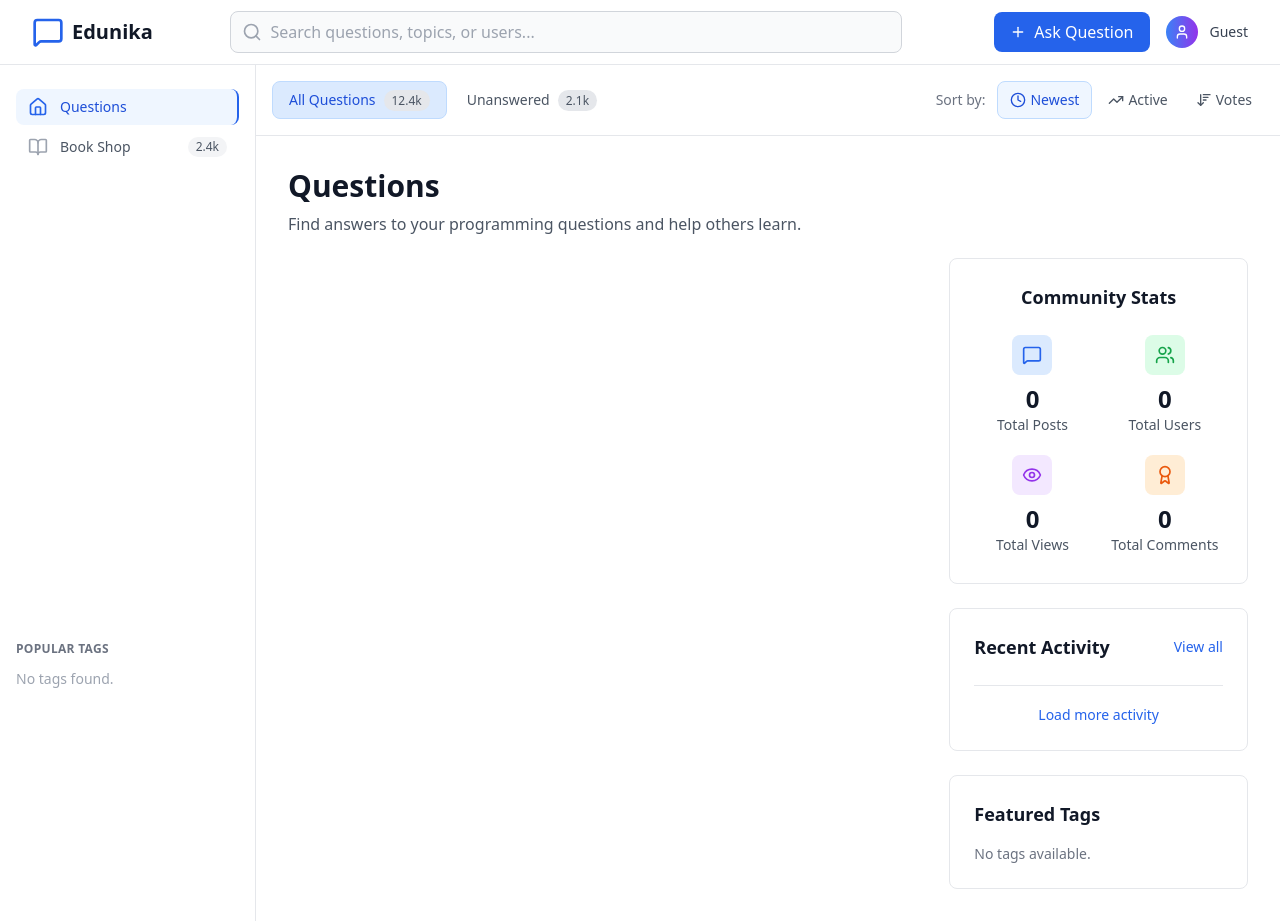
Repository: Ruddro420/forum-front-end
Page: /
These files come from the project's save history. The page is drawn as it stood at one moment and after the next save; the edit follows.
The browser window is 1280 px wide. The pictures show the whole page.
The page's requests for data from a server got no answer. The project was rebuilt for these pictures with package versions that can differ from the ones it lists, and the page was loaded fresh each time. No one was signed in, and anything a server would have sent is missing. Also part of the build but not shown: vite.config.js, src/Pages/Home.jsx, src/components/Question/QuestionCard.jsx, src/components/Question/AddQuestionSidebar.jsx, src/Pages/AskQuestion.jsx, src/Pages/ShopPage.jsx, src/Pages/QuestionDetail.jsx, src/Pages/ChatInterface.jsx and 6 more.

Above is the page before, as saved 2025-08-07 01:35:48.

After the next save:
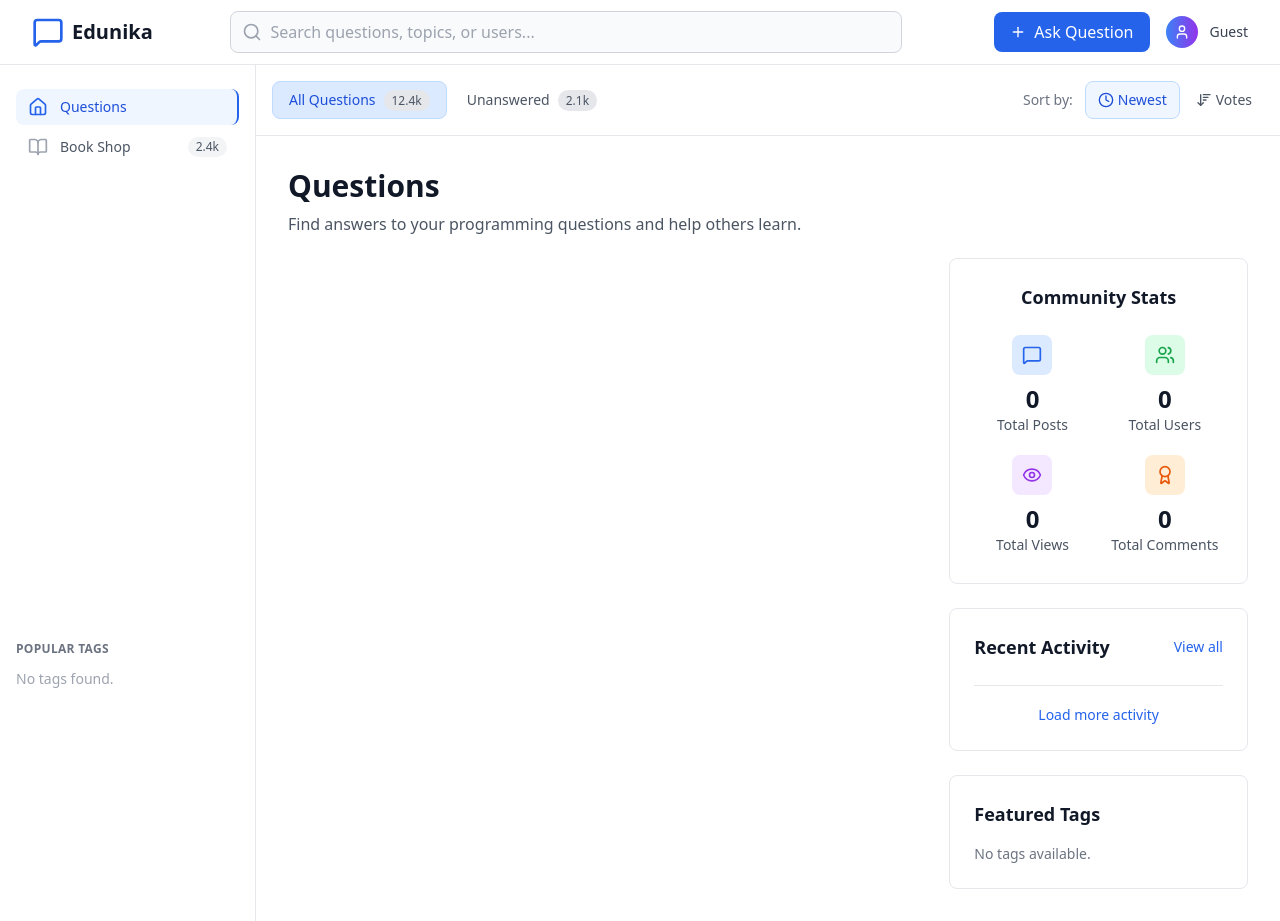
Saved 5 min 11 s later.
--- a/src/components/FilterBar.jsx
+++ b/src/components/FilterBar.jsx
@@ -8,7 +8,7 @@ const FilterBar = () => {
 
   const filterOptions = [
     { id: 'newest', label: 'Newest', icon: Clock },
-    { id: 'active', label: 'Active', icon: TrendingUp },
+    // { id: 'active', label: 'Active', icon: TrendingUp },
     { id: 'votes', label: 'Votes', icon: SortDesc },
     // { id: 'bounty', label: 'Bounty', icon: Award },
   ];
